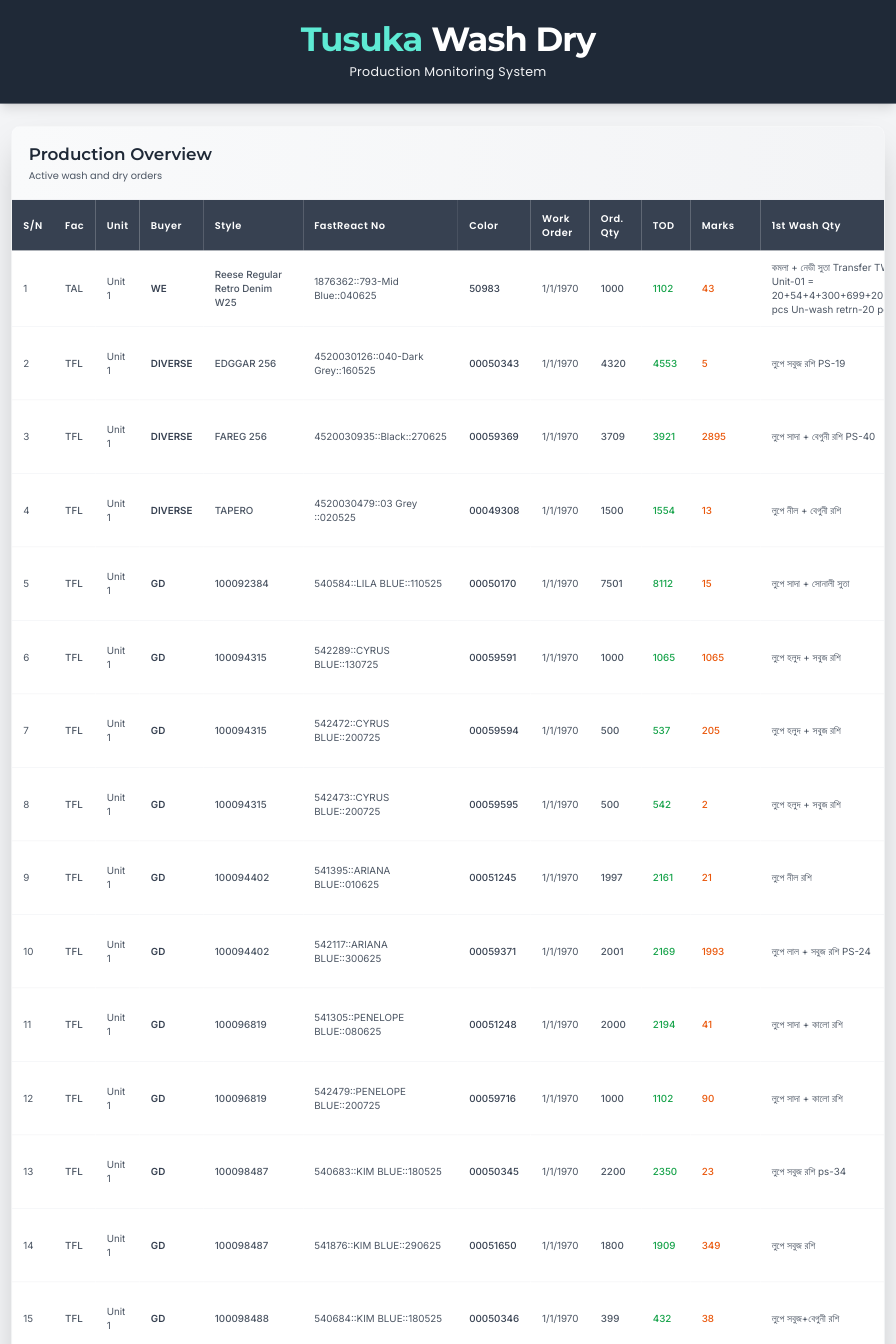
Repository: AhmedMuktadir14218/TusukaDryWash
Page: 1st Wash/index.html
An editor plug-in stored every save of this project. The page is shown before and after the next save, followed by the edit.
The browser window is 1280 px wide. The pictures show the part of the page from y = 0 to 1920 px (the page is 4087 px tall), at 70% of full size.
Some web libraries are served in a nearby version.

Above is the page before, as saved 2025-07-01 11:53:12.

After the next save:
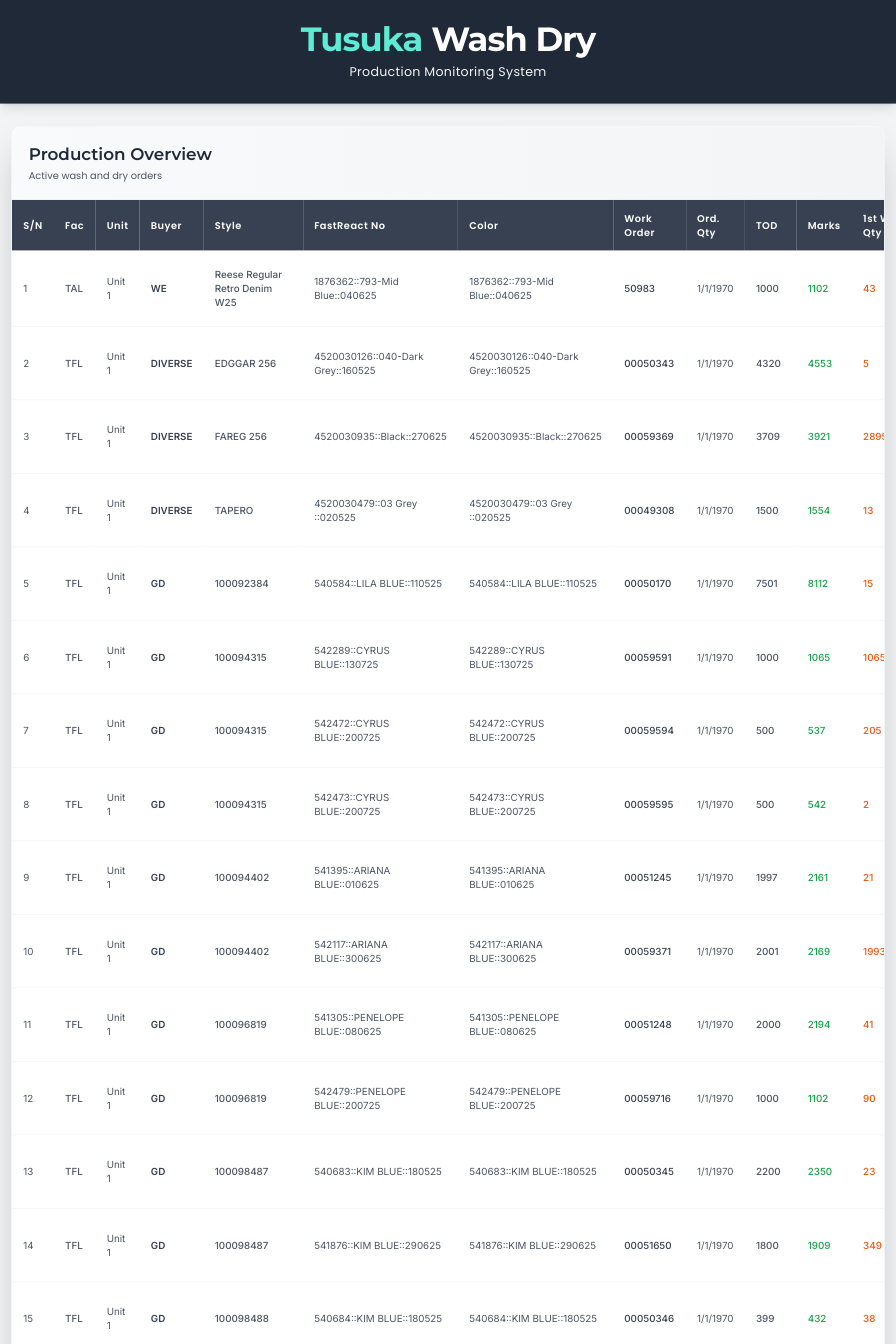
Saved 82 s later.
--- a/1st Wash/script.js
+++ b/1st Wash/script.js
@@ -29,6 +29,7 @@
             <td class="px-4 py-3.5 text-gray-600" data-label="Unit">${row.Unit}</td>
             <td class="px-4 py-3.5 font-semibold text-gray-700" data-label="Buyer">${row.Buyer}</td>
             <td class="px-4 py-3.5 text-gray-600 font-medium" data-label="Style">${row['Style Name']}</td>
+            <td class="px-4 py-3.5 text-gray-600" data-label="PO/Color">${row['FastReact No']}</td>
             <td class="px-4 py-3.5 text-gray-600" data-label="PO/Color">${row['FastReact No']}</td>
             <td class="px-4 py-3.5 text-gray-700 font-medium" data-label="Work Order">${row['Work Order No']}</td>
             <td class="px-4 py-3.5 text-gray-600" data-label="T. Date">${new Date(row.TOD).toLocaleDateString()}</td>
